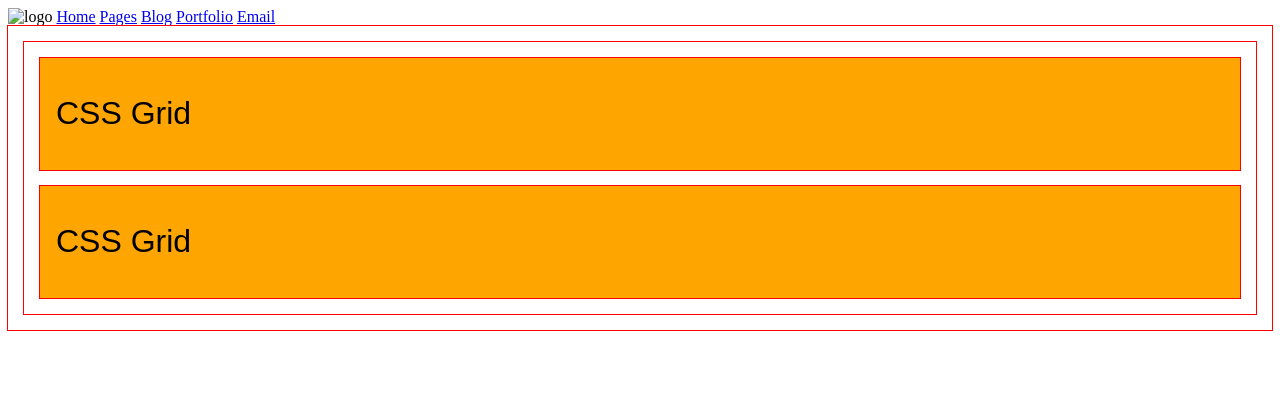
Repository: pjiang604/mdia2003-lab03b
Page: index.html
These files come from the project's save history. The page is drawn as it stood at one moment and after the next save; the edit follows.
The browser window is 1280 px wide. The pictures show the whole page.

Above is the page before, as saved 2023-01-23 23:56:49.

After the next save:
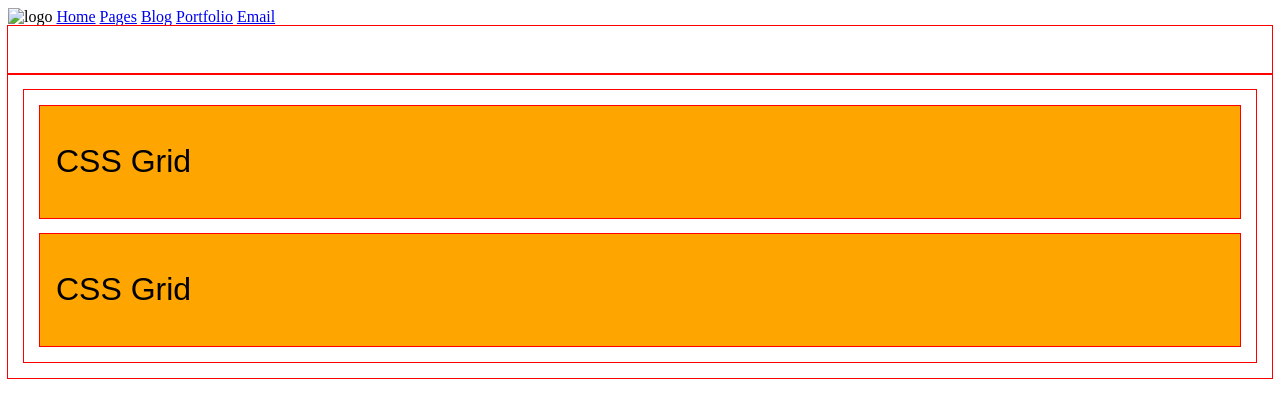
Saved 58 s later.
--- a/index.html
+++ b/index.html
@@ -17,6 +17,9 @@
     <a href ="/">Portfolio</a>
     <a href ="/">Email</a>
 </nav>
+<div class="carousel">
+
+</div>
 <div class="">
     <div class="row">
         <div class="col">
